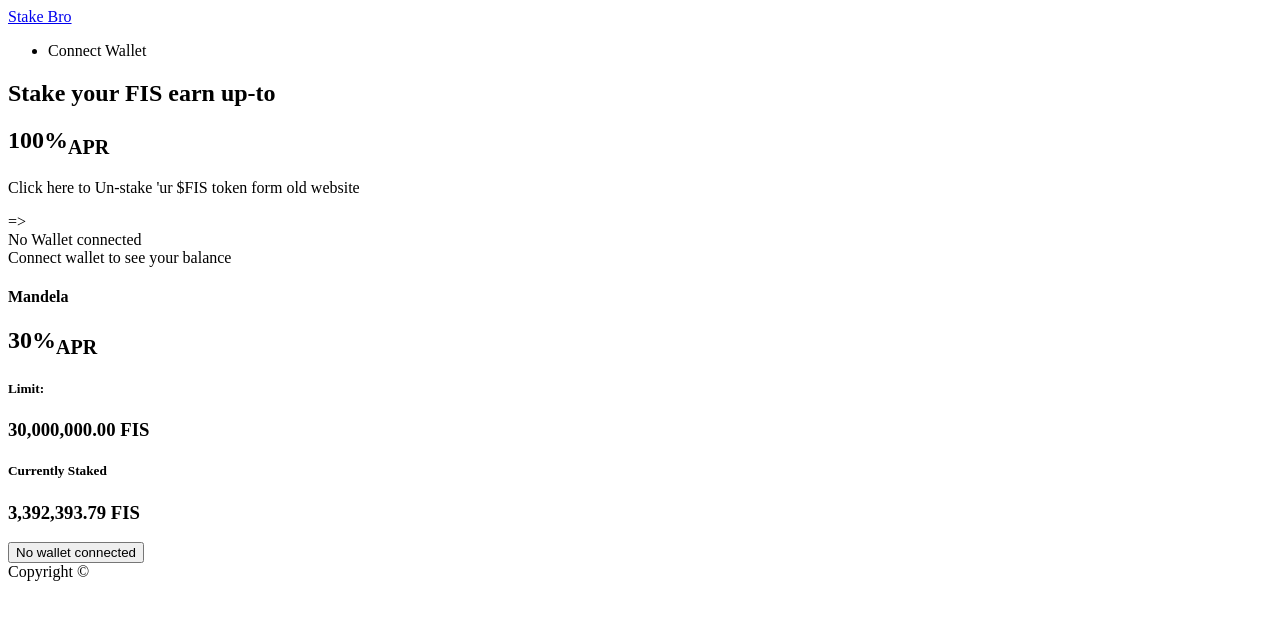
Repository: NorVirae/Stake
Page: /
An editor plug-in stored every save of this project. The page is shown before and after a run of saves, followed by the edit.
The browser window is 1280 px wide. The pictures show the whole page.
The project was rebuilt for these pictures with package versions that can differ from the ones it lists, and the page was loaded fresh each time.

Above is the page before, as saved 2022-04-18 00:51:16.

After the next 2 saves:
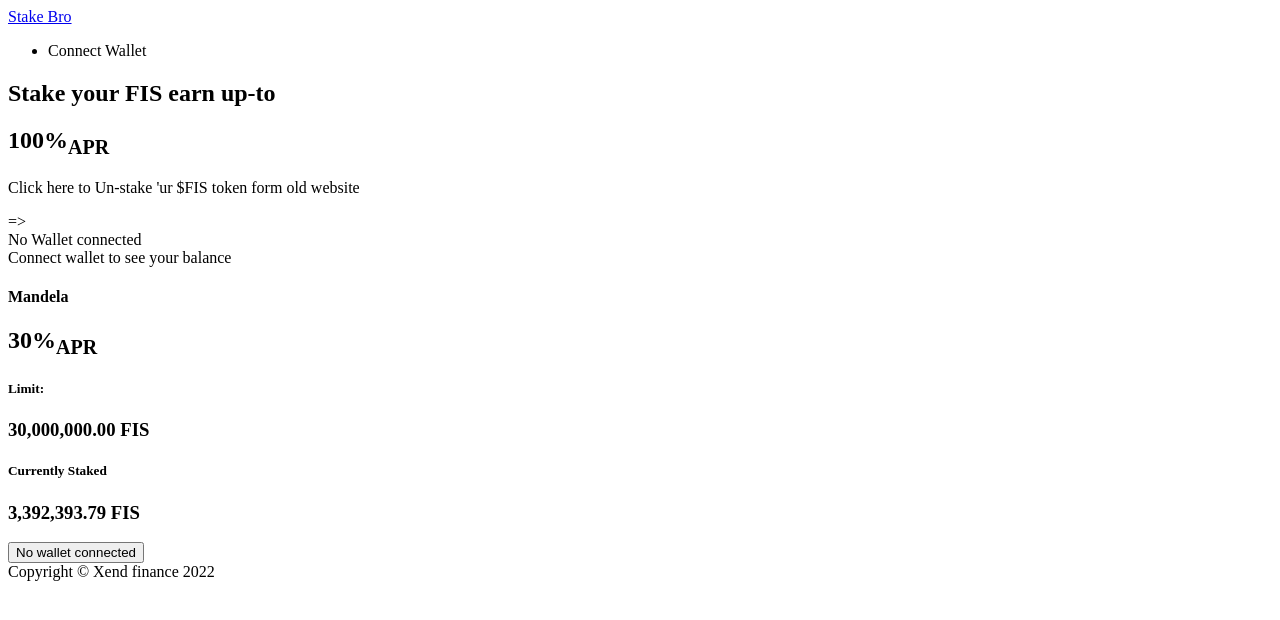
The 2 saves are shown as one change because they came seconds apart.
The last was saved 7 s later.
--- a/src/App.tsx
+++ b/src/App.tsx
@@ -57,7 +57,7 @@ function App() {
 
       <footer>
         <div className='copyright-info'>
-          Copyright &copy;
+          Copyright &copy; Xend finance 2022
         </div>
         <ul>
 
